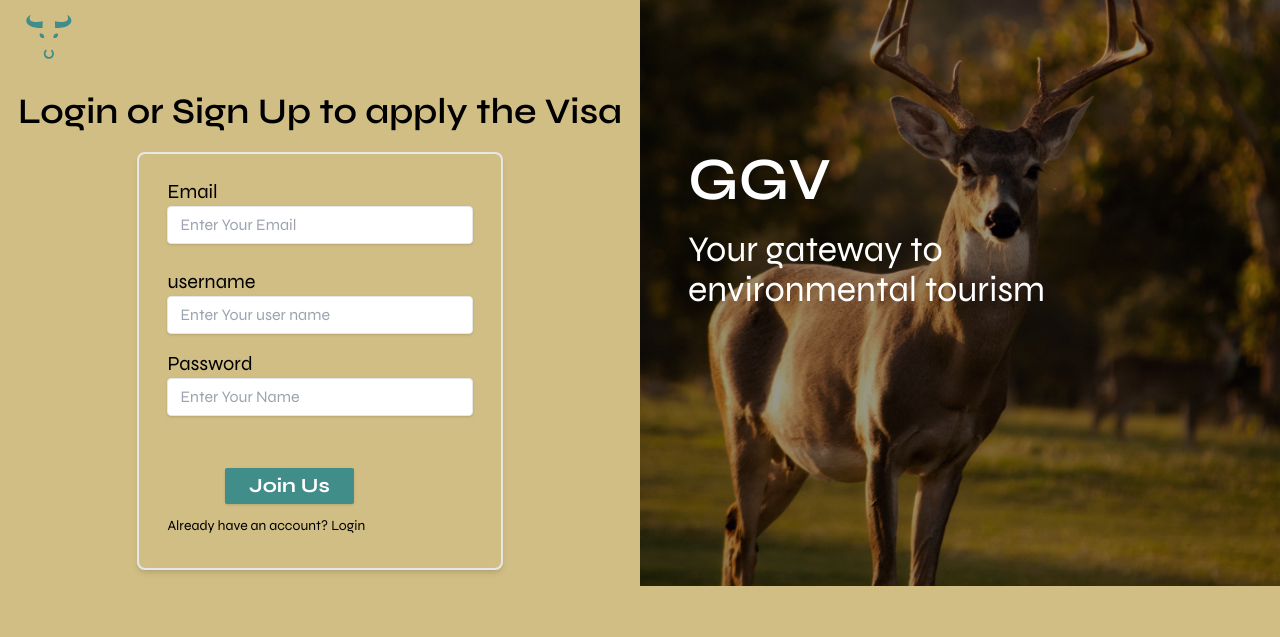
Repository: EngrAhmadUmar/landing-page
Page: /register
An editor plug-in stored every save of this project. The page is shown before and after the next save, followed by the edit.
The browser window is 1280 px wide. The pictures show the whole page.
The project was rebuilt for these pictures with package versions that can differ from the ones it lists, and the page was loaded fresh each time. The framework's server and built-in components were replaced by stand-ins that run in the browser. Also part of the build but not shown: next.config.js, styles/Home.module.css, src/Queries/conservationAreas.jsx, src/mutations/ApplyVisa.js, src/Queries/areaOfConservationQuery.js, src/Components/GetConservationAreas.js, src/Components/ApplyPageComponents/ApplyForm.jsx, src/Components/ApplyPageComponents/FormButton.jsx and 1 more.

Above is the page before, as saved 2022-07-12 09:48:04.

### pages/_app.js
import "../styles/globals.css";
import { ApolloClient, InMemoryCache, ApolloProvider } from "@apollo/client";

//apollo clients
const client = new ApolloClient({
  uri: "http://localhost:1337/graphql",
  cache: new InMemoryCache()
});

function MyApp({ Component, pageProps }) {
  return (
    <ApolloProvider client={client}>
      <Component {...pageProps} />
    </ApolloProvider>
  );
}

export default MyApp;

### pages/register.js
import React from "react";
import { RegisterForm } from "../src/Components/ApplyPageComponents/Index";

export default function Login() {
  return (
    <React.Fragment>
      <div className="bg-[#d1be84] h-[100vh]">
        <RegisterForm />
      </div>
    </React.Fragment>
  );
}

### pages/api/checkout_sessions.js
const stripe = require("stripe")(process.env.STRIPE_SECRET_KEY);

export default async function handler(req, res) {
  if (req.method === "POST") {
    try {
      const sgMail = require("@sendgrid/mail");
      sgMail.setApiKey(process.env.SENDGRID_API_KEY);
      const message = {
        to: "zcaptain65@gmail.com",
        from: "zcaptain2002@gmail.com",
        // subject: "Scenario 44",
        // text: "Lift and coast where possible",
        templateId: "d-f408be01db99489cbd757d4607cf23f2",
        dynamicTemplateData: {
          subject: "GGV Test Email",
        },
        // html: "<h1>Success</h1> <p>We received your purchase request;<br/> we'll be in touch shortly!</p>",
      };

      sgMail
        .send(message)
        .then((response) => console.log("Email Sent"))
        .catch((error) => console.log(error.message));
      // Create Checkout Sessions from body params.
      const session = await stripe.checkout.sessions.create({
        line_items: [
          {
            // Provide the exact Price ID (for example, pr_1234) of the product you want to sell
            price: "price_1LG6qaFQPGmzrn5tDKjmnos3",
            quantity: 1,
          },
        ],
        mode: "payment",

        success_url: `${req.headers.origin}/payments/?success=true`,
        cancel_url: `${req.headers.origin}/payments/?canceled=true`,
      });
      res.redirect(303, session.url);
    } catch (err) {
      res.status(err.statusCode || 500).json(err.message);
    }
  } else {
    res.setHeader("Allow", "POST");
    res.status(405).end("Method Not Allowed");
  }
}

### pages/api/email.js
import React from "react";

export default async function handler(req, res) {
  const sgMail = require("@sendgrid/mail");
  sgMail.setApiKey(process.env.SENDGRID_API_KEY);
  const message = {
    to: "zcaptain65@gmail.com",
    from: "zcaptain2002@gmail.com",
    // subject: "Scenario 44",
    // text: "Lift and coast where possible",
    templateId: "d-f408be01db99489cbd757d4607cf23f2",
    dynamicTemplateData: {
      subject: "GGV Test Email",
    },
  };
  sgMail
    .send(message)
    .then((response) => res.redirect(307, "/payments"))
    .catch((error) => console.log(error.message));
}

### styles/globals.css
@import url("https://fonts.googleapis.com/css2?family=Poppins:wght@400;500;600&family=Syne:wght@400;500;600;700&display=swap");

@tailwind base;
@tailwind components;
@tailwind utilities;

### src/Components/ApplyPageComponents/Index.jsx
export { default as ApplyForm } from "./ApplyForm";
export { default as LoginForm } from "./LoginForm";
export { default as RegisterForm } from "./RegisterForm";

### src/Components/ApplyPageComponents/RegisterForm.jsx
import { gql, useMutation } from "@apollo/client";
import Head from "next/head";
import Image from "next/image";
import Link from "next/link";
import { useState, useRef } from "react";
import styles from "../../../styles/Home.module.css";
import { SIGNUP_MUTATION } from "../../mutations/auth";
import { AUTH_TOKEN } from "../constant";
import Logo from "../UI/Logo";

const JoinUs = () => {
  const [username, setUsername] = useState("");
  const onChangeUsername = (e) => {
    setUsername(e.target.value);
  };
  const [email, setEmail] = useState("");
  const onChangeEmail = (e) => {
    setEmail(e.target.value);
  };
  const [password, setPassword] = useState("");
  const onChangePassword = (e) => {
    setPassword(e.target.value);
  };

  const [signup, { data, loading, error }] = useMutation(SIGNUP_MUTATION, {
    variables: {
      username: username,
      email: email,
      password: password
    }
  });

  if (data) {
    localStorage.setItem(AUTH_TOKEN, data.register.jwt);
    console.log(data);
    console.log(data.register.user?.id);
    console.log(data.register.user?.email);
  }

  const onSubmit = (e) => {
    e.preventDefault();
    if (username === "" || email === "" || password === "") {
      return alert("please fill in all fields");
    }
    signup(username, password, email);

    setEmail("");
    setPassword("");
    setUsername("");
  };

  return (
    <div className=" font-syne " id="joinUs">
      <Head>
        <title>Login to your GGV account</title>
        <meta name="description" content="Join Our Family" />
      </Head>
      <div className="font-syne bg-[#d1be84] bg-cover grid grid-col-1 md:grid-cols-2 2xl:h-[100vh]">
        <div className="">
          <div className="mt-3">
            <Logo />
          </div>

          <h3
            className={`${
              styles.headings
            }  ${"text-center text-3xl md:text-4xl mb-5 font-semibold"}`}
          >
            Login or Sign Up to apply the Visa
          </h3>
          <div className="flex items-center justify-center mt-5">
            <form
              onSubmit={onSubmit}
              className="pt-6 pb-8 mb-4 border-2 rounded-lg shadow-md px-7 border-gray max-w-[30rem] "
            >
              <div className="mb-6">
                <label className="text-lg md:text-xl">Email</label>
                <input
                  type="email"
                  className="w-full px-3 py-2 leading-tight text-gray-700 border rounded shadow appearance-none focus:outline-none focus:shadow-outline"
                  name="email"
                  onChange={onChangeEmail}
                  placeholder="Enter Your Email"
                  value={email}
                />
              </div>
              <div className="mb-4">
                <label className="text-lg md:text-xl">username</label>
                <input
                  type="text"
                  name="username"
                  value={username}
                  onChange={(e) => onChangeUsername(e)}
                  placeholder="Enter Your user name"
                  className="w-full px-3 py-2 leading-tight text-gray-700 border rounded shadow appearance-none focus:outline-none focus:shadow-outline"
                />
              </div>
              <div className="mb-4">
                <label className="text-lg md:text-xl">Password</label>
                <input
                  type="password"
                  name="password"
                  value={password}
                  onChange={onChangePassword}
                  placeholder="Enter Your Name"
                  className="w-full px-3 py-2 leading-tight text-gray-700 border rounded shadow appearance-none focus:outline-none focus:shadow-outline"
                />
              </div>

              <div className="mt-5 ml-[8vh]">
                <button className="shadow bg-green focus:shadow-outline focus:outline-none text-white font-bold px-6 md:text-xl rounded-sm mt-8 mb-3 py-1">
                  {loading ? "Sending" : "Join Us"}
                </button>
              </div>

              <h3 className="text-sm">Already have an account? Login</h3>
            </form>
          </div>
        </div>

        <div className="md:flex hidden text-white bg-[url('/apply_for_visa_bg.png')]  bg-cover bg-no-repeat sm:bg-center md:bg-bottom lg:bg-bottom xl:bg-bottom 2xl:center">
          <div className="mt-[50px] md:mt-[150px] mx-4 md:mx-12">
            <h3 className="  text-4xl md:text-5xl lg:text-6xl font-semibold">
              GGV
            </h3>
            <p className="max-w-md md:max-w-xl text-2xl md:text-4xl mt-5">
              Your gateway to <br></br>environmental tourism
            </p>
          </div>
          <div></div>
        </div>
      </div>
    </div>
  );
};

export default JoinUs;

### src/mutations/auth.jsx
import { gql } from "@apollo/client";

const SIGNUP_MUTATION = gql`
  mutation  register($username: String!, $password: String!, $email:String!) {
    register(input: {username:$username, email: $email password:$password}) {
        jwt
        user {
            id
            email
            username
        }
    }
}

`;

const LOGIN_MUTATION = gql`
  mutation  login($username: String!, $password: String!) {
    login(input: {identifier:$username, password:$password}) {
        jwt
        user {
            id
            email
        }
    }
}

`;


export { SIGNUP_MUTATION, LOGIN_MUTATION };

### src/Components/UI/Logo.jsx
import Image from "next/image";

const Logo = () => {
  return (
    <div className="w-[50px] h-20 ml-6">
      <Image
        src="/logo.svg"
        layout="responsive"
        width={5}
        height={5}
        opacity={100}
      />
    </div>
  );
};

export default Logo;

### tailwind.config.js
/** @type {import('tailwindcss').Config} */
module.exports = {
  content: [
    "./pages/**/*.{js,ts,jsx,tsx}",
    "./components/**/*.{js,ts,jsx,tsx}",
    "./src/Components/**/*.{js,ts,jsx,tsx}"
  ],
  theme: {
    extend: {
      colors: {
        black: "#000107",
        green: "#418D89"
      },
      fontFamily: {
        syne: ["Syne"]
      }
    }
  },
  plugins: []
};

Loaded but not shown: src/Components/constant.jsx (common file)

After the next save:
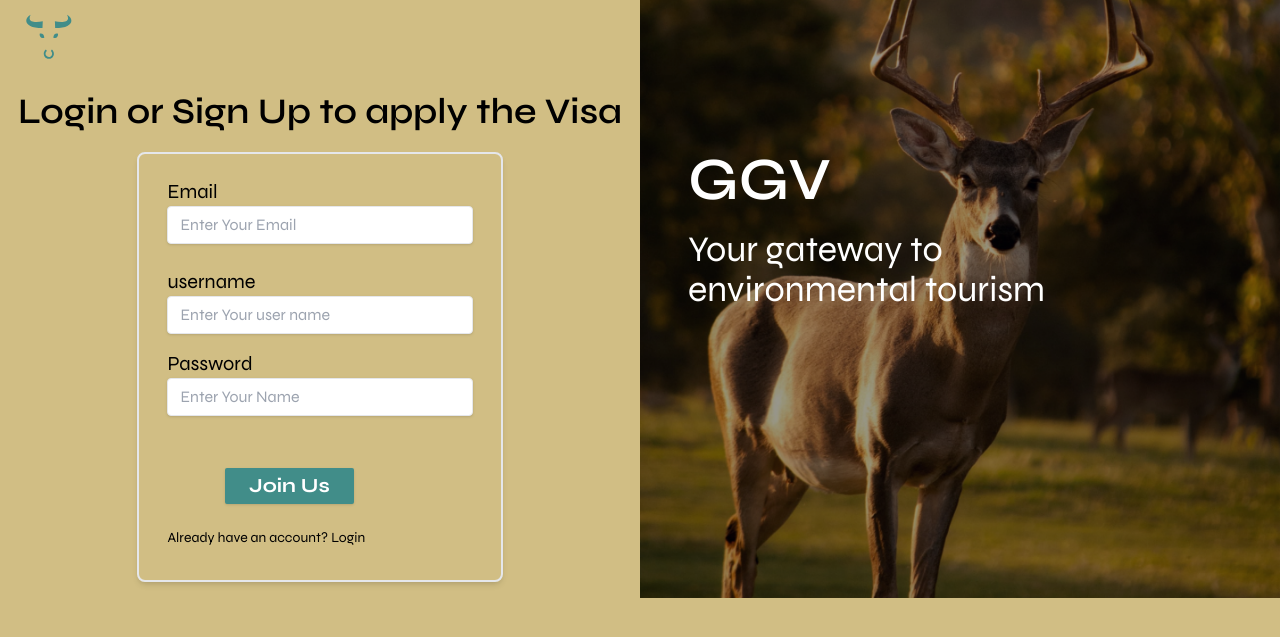
Saved 19 s later.
--- a/src/Components/ApplyPageComponents/RegisterForm.jsx
+++ b/src/Components/ApplyPageComponents/RegisterForm.jsx
@@ -113,7 +113,7 @@ const JoinUs = () => {
                 </button>
               </div>
 
-              <h3 className="text-sm">Already have an account? Login</h3>
+              <h3 className="text-sm mt-3">Already have an account? Login</h3>
             </form>
           </div>
         </div>
